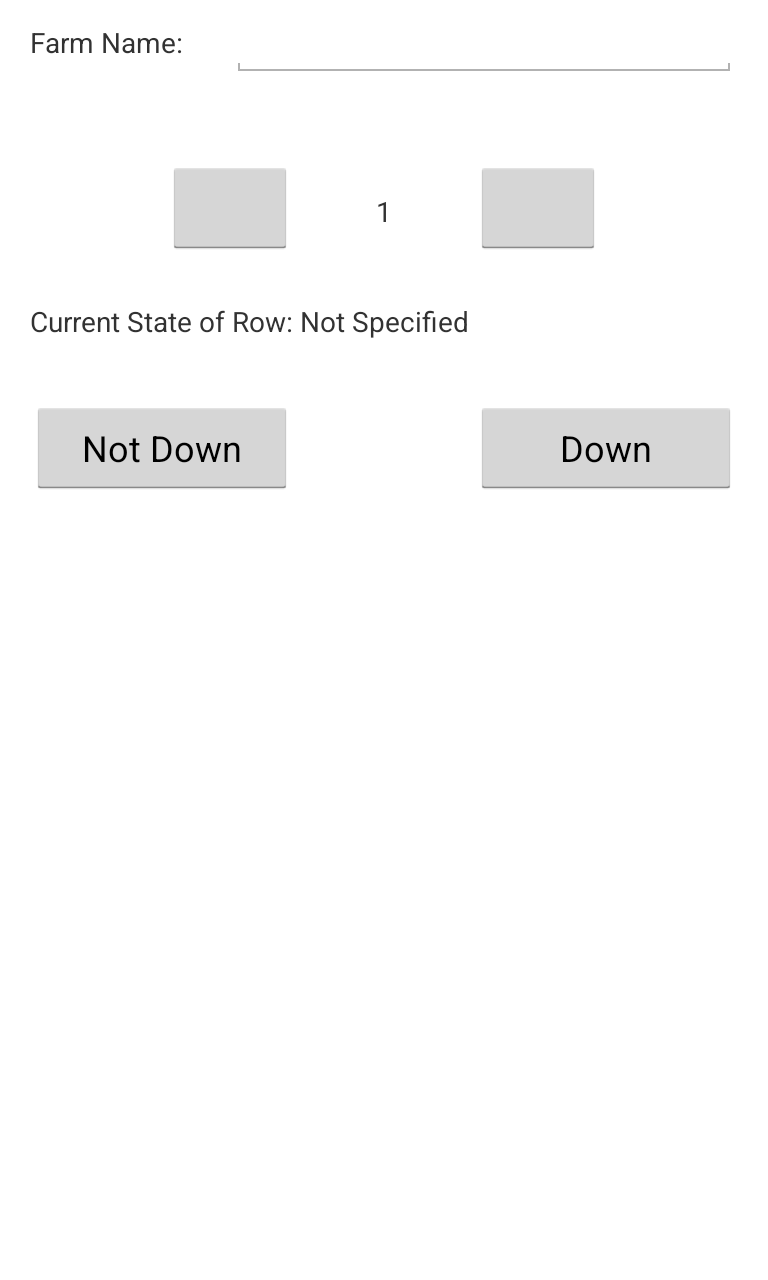
Repository: cokembel/FarmHand
Layout: FarmHand/res/layout/activity_main.xml
An editor plug-in stored every save of this project. The layout is shown before and after the next save, followed by the edit.
It is drawn on a 768 x 1280 px phone screen (xhdpi) without system bars, with theme AppTheme; the app's code is not run.

Above is the layout before, as saved 2012-12-05 10:47:28.

After the next save:
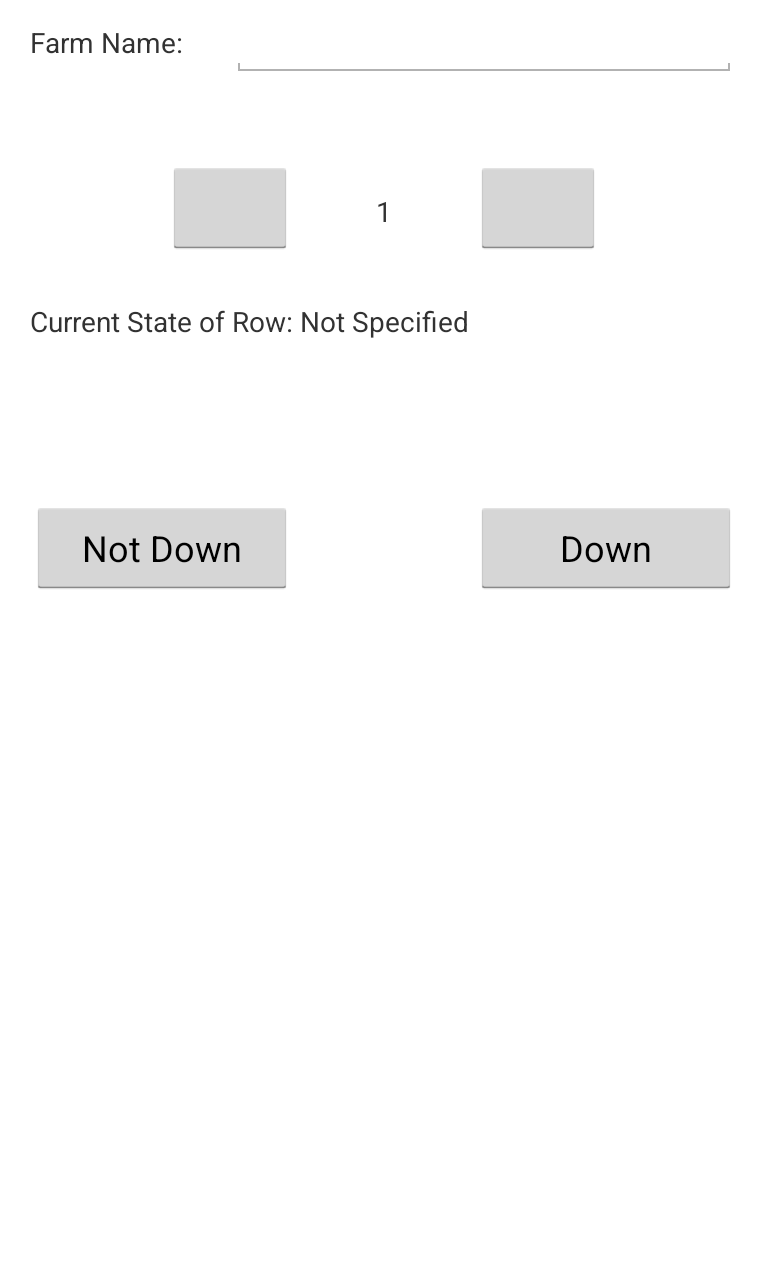
Saved 78 s later.
--- a/FarmHand/res/layout/activity_main.xml
+++ b/FarmHand/res/layout/activity_main.xml
@@ -68,7 +68,7 @@
                 android:id="@+id/not_down_button"
                 android:layout_width="wrap_content"
                 android:layout_height="wrap_content"
-                android:layout_marginTop="200dp"
+                android:layout_marginTop="250dp"
                 android:layout_alignRight="@+id/prev_row_button"
                 android:layout_alignLeft="@id/farm_label"
                 android:text="Not Down" />
